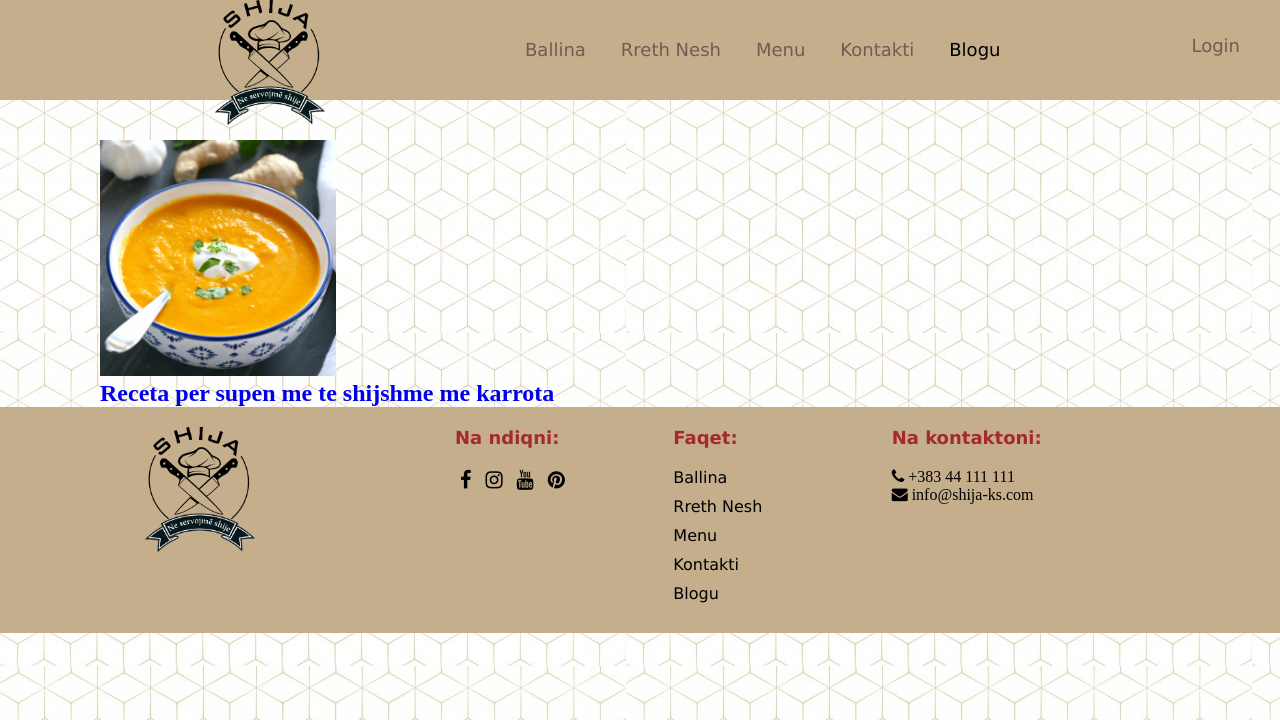
Repository: bs47892/ProjektiWeb-Shija2020
Page: http://localhost/blog.html
An editor plug-in stored every save of this project. The page is shown before and after the next save, followed by the edit.
The browser window is 1280 px wide. The pictures show the whole page.
Some web fonts or font styles are not loaded; a fallback is used. The page is run by PHP 8.4 with error messages shown; the project is at /var/www/html/.

Above is the page before, as saved 2021-03-09 20:08:03.

After the next save:
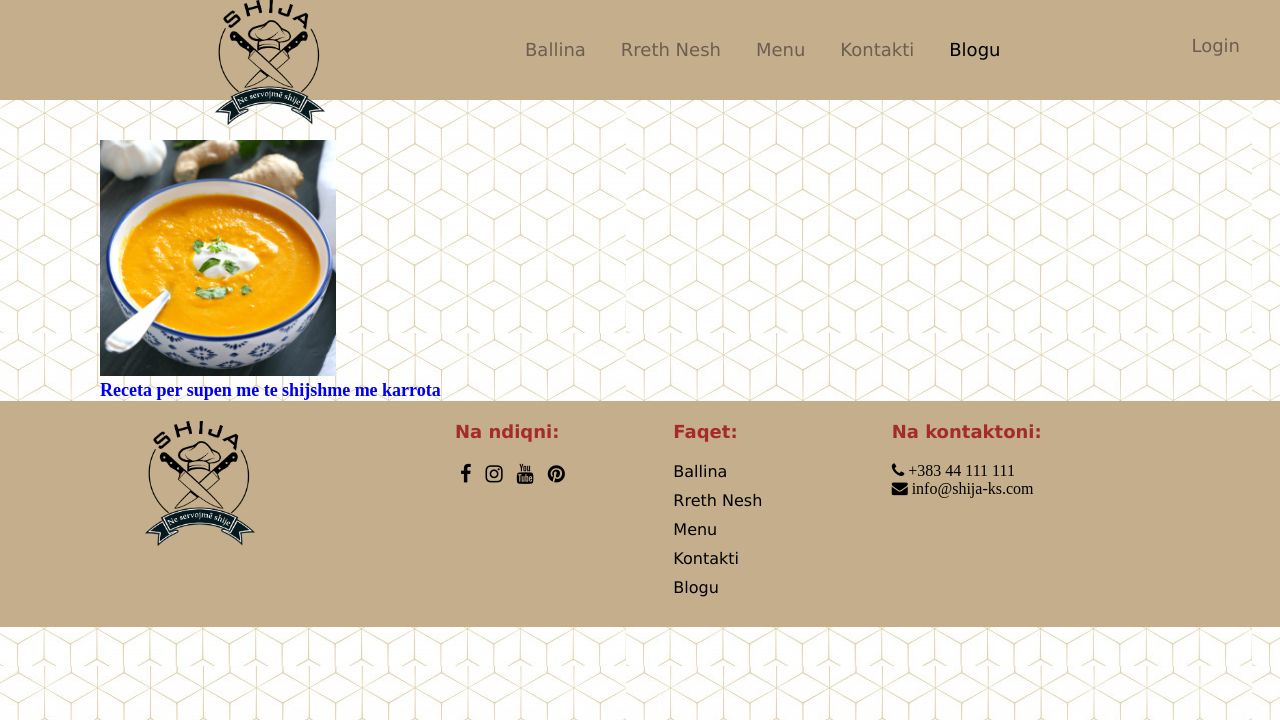
Saved 38 s later.
--- a/style.css
+++ b/style.css
@@ -543,5 +543,5 @@ font-family: 'EB Garamond', serif;
   .artikuj h2 {
    padding-top:0%;
    padding-left: 0%;
-   text-size-adjust: 2%;
-  }
+   font-size: 18px;
+  }
